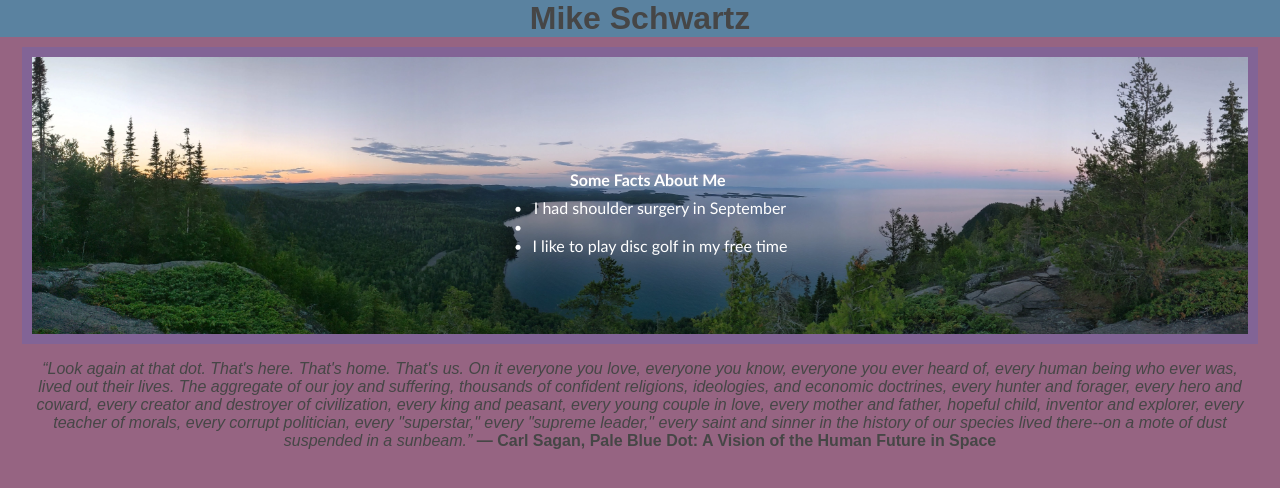
Repository: Ellusionism/prime-pw-week-1-assignment
Page: assignment/index.html
The author's editor kept a copy of each file at every save. The page is drawn from the files as they stood at one save, then again after a run of saves.
The browser window is 1280 px wide. The pictures show the whole page.

Above is the page before, as saved 2022-10-26 16:29:43.

After the next 6 saves:
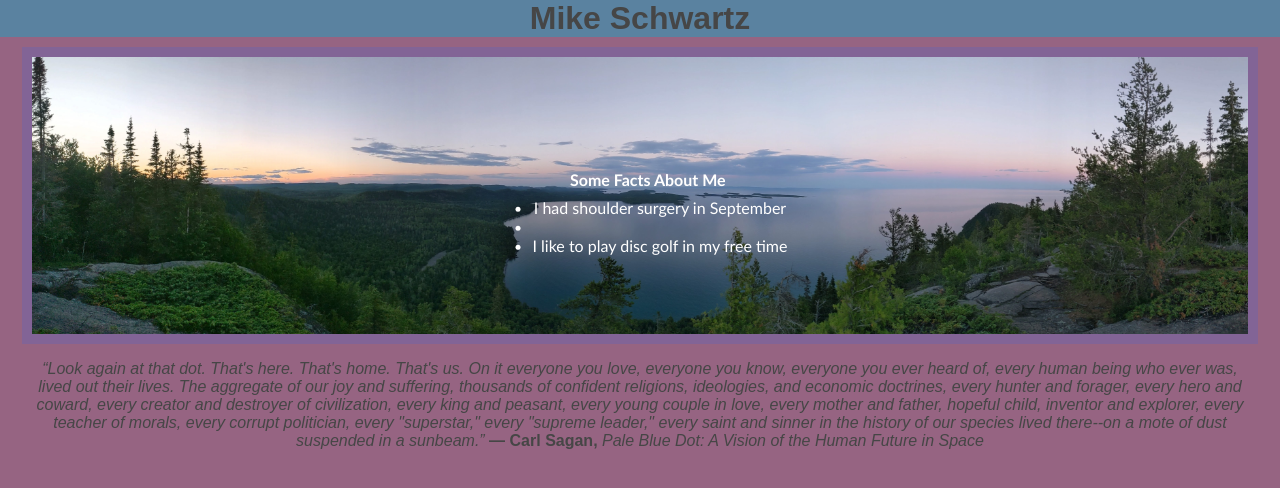
The 6 saves are shown as one change because they came seconds apart.
The last was saved 26 s later.
--- a/assignment/index.html
+++ b/assignment/index.html
@@ -31,7 +31,7 @@
     <!-- Create a footer element -->
     <footer class="fav-quote clearfix">
         <p>“Look again at that dot. That's here. That's home. That's us. On it everyone you love, everyone you know, everyone you ever heard of, every human being who ever was, lived out their lives. The aggregate of our joy and suffering, thousands of confident religions, ideologies, and economic doctrines, every hunter and forager, every hero and coward, every creator and destroyer of civilization, every king and peasant, every young couple in love, every mother and father, hopeful child, inventor and explorer, every teacher of morals, every corrupt politician, every "superstar," every "supreme leader," every saint and sinner in the history of our species lived there--on a mote of dust suspended in a sunbeam.”
-            <span class="cite">― Carl Sagan, <span class="cite-book"> Pale Blue Dot: A Vision of the Human Future in Space</span></p>
+            <span class="cite">― Carl Sagan,</span><span class="cite-book"> Pale Blue Dot: A Vision of the Human Future in Space</span></p>
     </footer>
     <!-- Inside your footer, put a <p> element with your favorite quote -->
 </body>

After the 2 saves that followed:
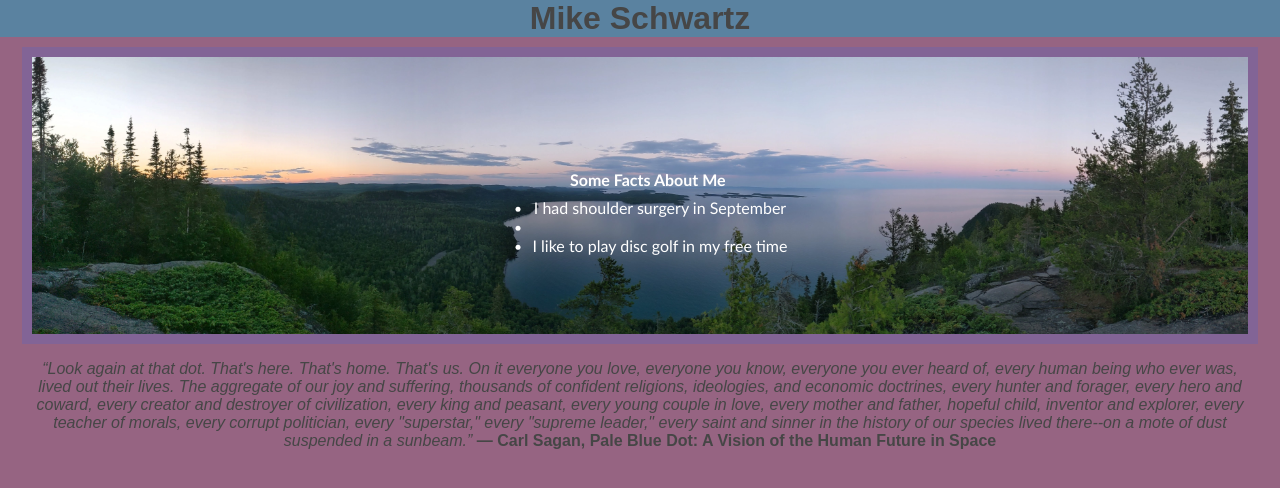
The 2 saves are shown as one change because they came seconds apart.
The last was saved 16 s later.
--- a/assignment/style.css
+++ b/assignment/style.css
@@ -24,6 +24,11 @@ header {
 }
 
 .cite {
+ font-style: normal;
+ font-weight: bold;
+}
+
+.cite-book {
  font-style: normal;
  font-weight: bold;
 }
